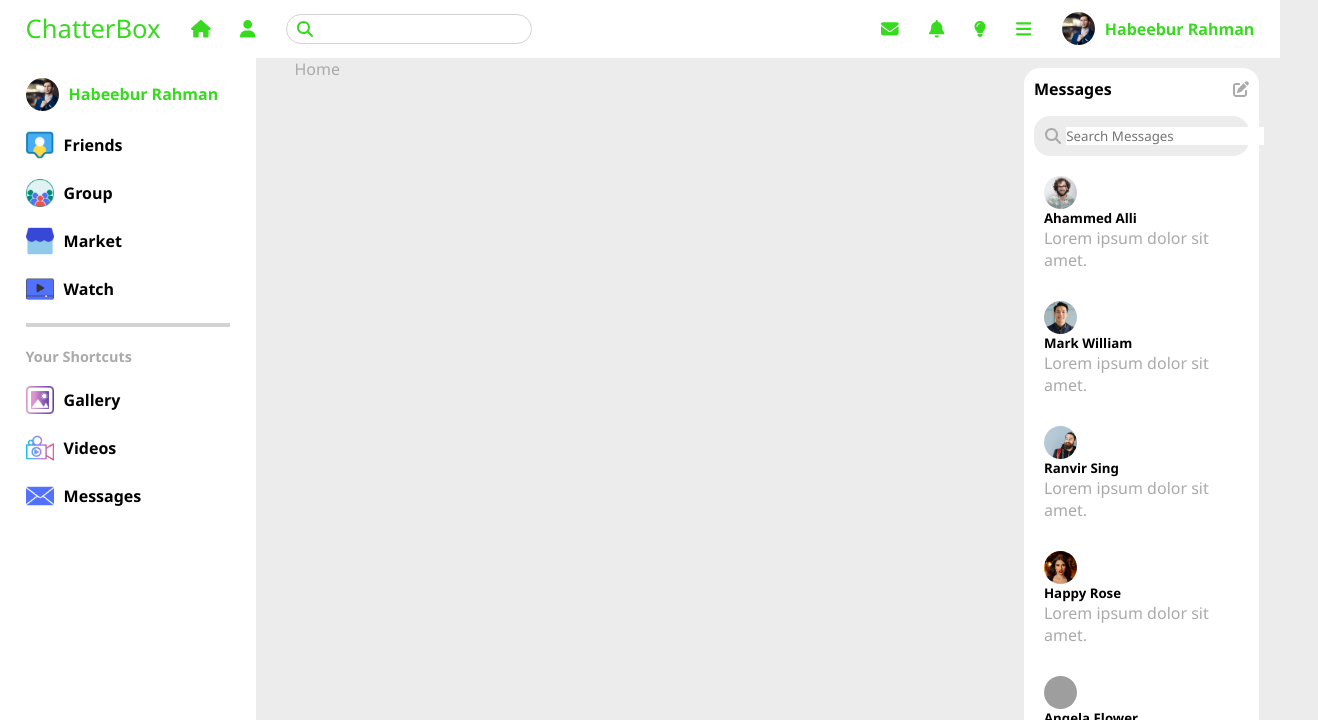
Repository: Habeebur1493/social-media-app
Page: /
These files come from the project's save history. The page is drawn as it stood at one moment and after the next save; the edit follows.
The browser window is 1280 px wide. The page is 1318 px wide, so the pictures cover 1318 px, including what lies to the right of the window. The pictures show the whole page.
Pictures or frames that could not be fetched are drawn as grey boxes. The project was rebuilt for these pictures with package versions that can differ from the ones it lists, and the page was loaded fresh each time. Also part of the build but not shown: vite.config.js, src/pages/login/login.css, src/pages/login/Login.jsx, src/pages/signup/signup.css, src/pages/signup/Signup.jsx, src/pages/profile/Profile.jsx, src/pages/chatbox/Chatbox.jsx.

Above is the page before, as saved 2025-01-29 11:46:17.

After the next save:
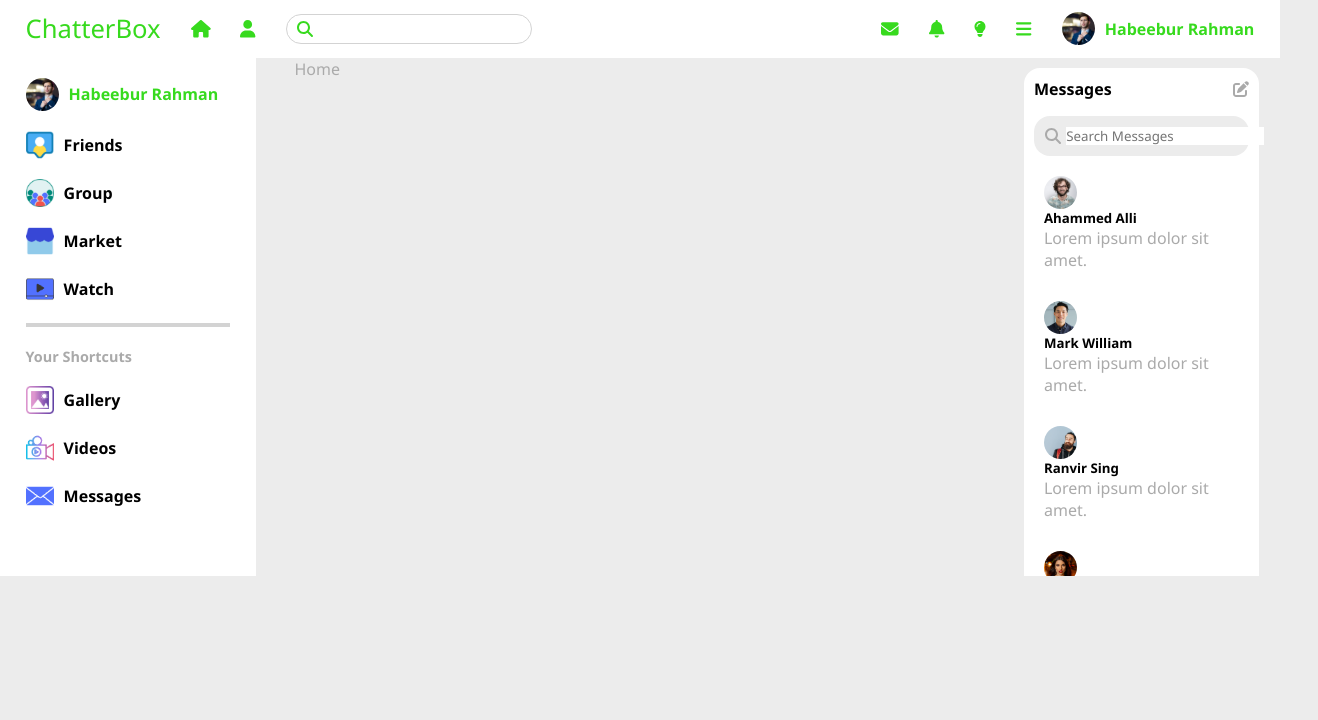
Saved 74 s later.
--- a/src/components/rightbar/rightbar.css
+++ b/src/components/rightbar/rightbar.css
@@ -1,5 +1,5 @@
 .rightbar{
-    height: calc(100vh - 3.6rem);
+    height: calc(80vh - 3.6rem);
     /* background: var(--color-card); */
     position: sticky;
     top: 3.6rem;

After the save that followed:
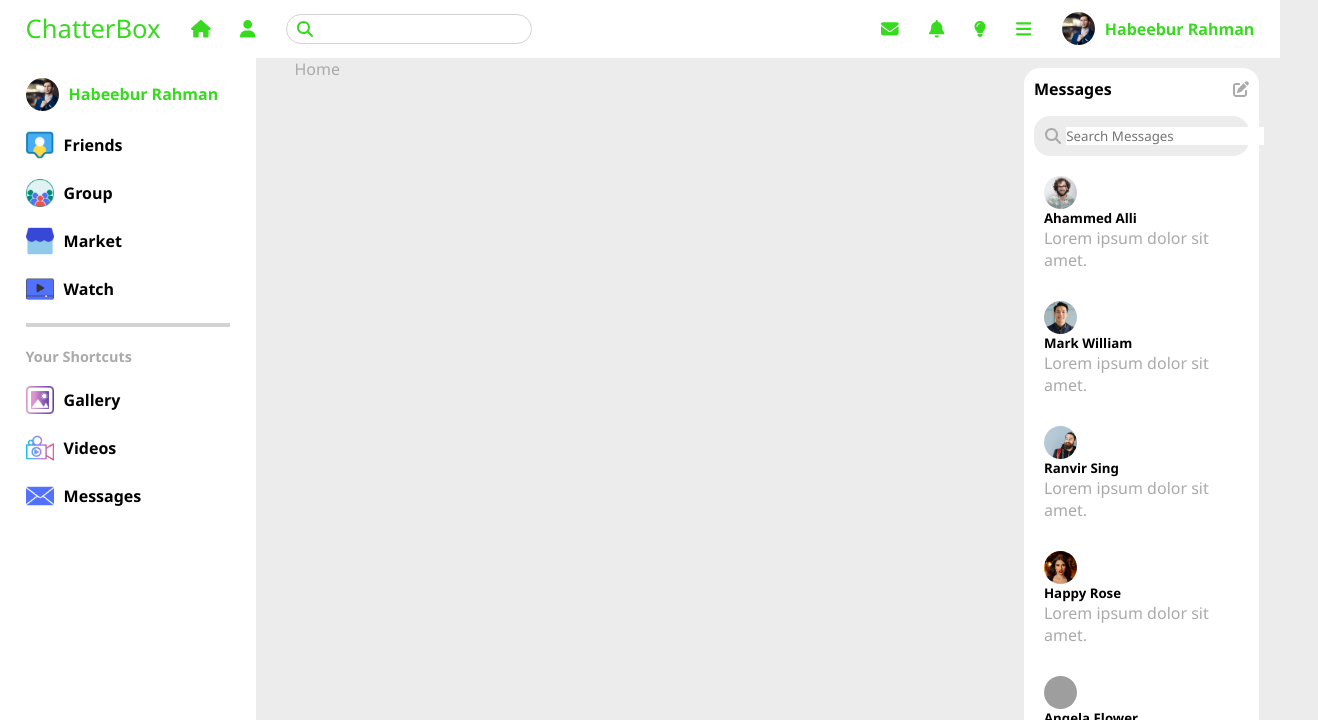
Saved 19 s later.
--- a/src/components/rightbar/rightbar.css
+++ b/src/components/rightbar/rightbar.css
@@ -1,5 +1,5 @@
 .rightbar{
-    height: calc(80vh - 3.6rem);
+    height: calc(100vh - 3.6rem);
     /* background: var(--color-card); */
     position: sticky;
     top: 3.6rem;
@@ -12,3 +12,13 @@
 .rightbar-container{
     width: 80%;
 }
+
+.rightbar-container .item{
+    display: flex;
+    align-items: center;
+    gap: 10px;
+    margin: 20px 0;
+}
+.rightbar-container .item img{
+    width: 28px;
+}
